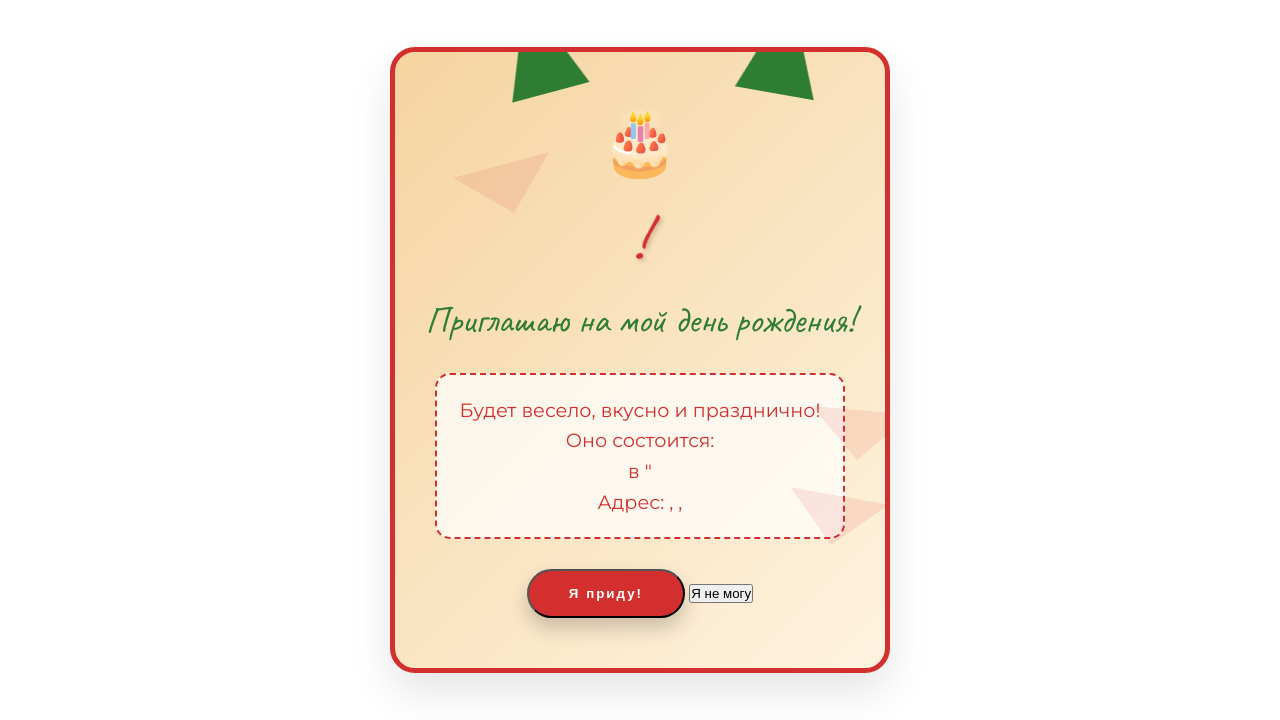
Repository: ll9llall9ll/users-management
Page: templates/6.html
An editor plug-in stored every save of this project. The page is shown before and after the next save, followed by the edit.
The browser window is 1280 px wide. The pictures show the whole page.
The template is drawn by Flask 3. The application's start-up code is not run. Other server files are loaded and not shown. The template is opened directly, without the code that normally fills it, so the values that code supplies are empty.

Above is the page before, as saved 2025-03-04 20:07:22.

### templates/6.html
<!DOCTYPE html>
<html lang="ru">
<head>
    <meta charset="UTF-8">
    <meta name="viewport" content="width=device-width, initial-scale=1.0">
    <title>День Рождения в Пиццерии!</title>
    <link href="https://fonts.googleapis.com/css2?family=Caveat:wght@400;700&family=Montserrat:wght@400;700&display=swap" rel="stylesheet">
    <style>
        :root {
            --color-tomato-red: #D32F2F;
            --color-pizza-dough: #F5D4A0;
            --color-basil-green: #2E7D32;
            --color-cheese-yellow: #FFC107;
            --color-background: #FFFFFF;
        }

        * {
            margin: 0;
            padding: 0;
            box-sizing: border-box;
        }

        body {
            font-family: 'Montserrat', sans-serif;
            background-color: var(--color-background);
            display: flex;
            justify-content: center;
            align-items: center;
            min-height: 100vh;
            perspective: 1000px;
            overflow: hidden;
            color: var(--color-tomato-red);
        }

        .invitation-container {
            width: 500px;
            background: linear-gradient(135deg, var(--color-pizza-dough), #FFF3E0);
            border-radius: 25px;
            box-shadow: 0 20px 40px rgba(0,0,0,0.1);
            position: relative;
            overflow: hidden;
            text-align: center;
            padding: 50px 20px;
            border: 5px solid var(--color-tomato-red);
        }

        .pizza-decoration {
            position: absolute;
            width: 100%;
            height: 100%;
            pointer-events: none;
            z-index: 1;
        }

        .pizza-slice {
            position: absolute;
            width: 100px;
            height: 100px;
            background-color: var(--color-tomato-red);
            clip-path: polygon(50% 50%, 0 0, 100% 0);
            opacity: 0.1;
            transform: rotate(var(--rotation));
        }

        .party-props {
            position: absolute;
            top: -50px;
            width: 100%;
            display: flex;
            justify-content: space-around;
            z-index: 10;
        }

        .pizza-hat {
            width: 80px;
            height: 100px;
            background-color: var(--color-basil-green);
            clip-path: polygon(50% 0%, 0% 100%, 100% 100%);
            transform: rotate(var(--rotation));
            animation: hat-bounce 2s infinite alternate;
        }

        @keyframes hat-bounce {
            0% { transform: translateY(0) rotate(var(--rotation)); }
            100% { transform: translateY(-10px) rotate(var(--rotation)); }
        }

        .fireworks {
            position: absolute;
            width: 100%;
            height: 100%;
            pointer-events: none;
        }

        .firework {
            position: absolute;
            width: 10px;
            height: 10px;
            background-color: var(--firework-color);
            border-radius: 50%;
            opacity: 0;
            animation: firework 1.5s ease-out;
        }

        @keyframes firework {
            0% {
                transform: scale(0);
                opacity: 1;
            }
            100% {
                transform: scale(2);
                opacity: 0;
            }
        }

        .pizza-emoji {
            font-size: 4rem;
            margin-bottom: 20px;
        }

        .name-highlight {
            font-family: 'Caveat', cursive;
            font-size: 60px;
            color: var(--color-tomato-red);
            text-shadow: 2px 2px 4px rgba(0,0,0,0.2);
            margin-bottom: 20px;
            animation: name-bounce 1s infinite alternate;
        }

        @keyframes name-bounce {
            0% { transform: scale(1) rotate(-5deg); }
            100% { transform: scale(1.05) rotate(5deg); }
        }

        .invitation-text {
            font-family: 'Caveat', cursive;
            font-size: 37px;
            color: var(--color-basil-green);
            margin-bottom: 30px;
        }

        .event-details {
            background-color: rgba(255,255,255,0.7);
            border-radius: 15px;
            padding: 20px;
            margin: 0 20px 30px;
            font-size: 1.2rem;
            line-height: 1.6;
            border: 2px dashed var(--color-tomato-red);
        }

        .btn-confirm {
            display: inline-block;
            padding: 15px 40px;
            background-color: var(--color-tomato-red);
            color: white;
            text-decoration: none;
            border-radius: 50px;
            font-weight: bold;
            letter-spacing: 2px;
            transition: all 0.3s ease;
            box-shadow: 0 10px 20px rgba(0,0,0,0.2);
        }

        .btn-confirm:hover {
            transform: translateY(-5px);
            box-shadow: 0 15px 30px rgba(0,0,0,0.3);
            background-color: var(--color-basil-green);
        }
    </style>
</head>
<body>
    <div class="invitation-container">
        <div class="pizza-decoration">
            <div class="pizza-slice" style="top: 10%; left: 10%; --rotation: -15deg;"></div>
            <div class="pizza-slice" style="bottom: 20%; right: 5%; --rotation: 10deg;"></div>
            <div class="pizza-slice" style="top: 50%; left: 80%; --rotation: 5deg;"></div>
        </div>

        <div class="party-props">
            <div class="pizza-hat" style="--rotation: -15deg;"></div>
            <div class="pizza-hat" style="--rotation: 10deg;"></div>
        </div>

        <div class="fireworks"></div>

        <div class="pizza-emoji">🎂</div>

        <div class="name-highlight">{{invitation.name}}!</div>

        <div class="invitation-text">
            Приглашаю на мой день рождения!
        </div>

        <div class="event-details">
            <p>Будет весело, вкусно и празднично!</p>
            <p>Оно состоится: {{ event.date }} </p>
            <p>в {{ event.hall_name }}"</p>
            <p>Адрес: {{ event.address_country }} , {{ event.address_city }} , {{ event.address_line }} </p>
        </div>
        <form class="formAC" method="post" action="{{ url_for('invite', h=invitation.hash) }}">
            <button type="submit" name='action' class="btn-confirm"
                onclick="return confirm('Դուք Համոզվա՞ծ եք?')" value="accepted">Я приду!</button>
            <button type="submit" name='action' class="button-no" onclick="return confirm('Դուք Համոզվա՞ծ եք?')"
                value="rejected">Я не могу</button>
        </form>
    </div>

    <script>
        function createFireworks() {
            const fireworksContainer = document.querySelector('.fireworks');

            function createFirework() {
                const firework = document.createElement('div');
                firework.classList.add('firework');

                firework.style.setProperty('--firework-color', `hsl(${Math.random() * 360}, 100%, 50%)`);
                firework.style.left = `${Math.random() * 100}%`;
                firework.style.top = `${Math.random() * 100}%`;
                firework.style.animationDelay = `${Math.random() * 2}s`;

                fireworksContainer.appendChild(firework);

                setTimeout(() => {
                    fireworksContainer.removeChild(firework);
                }, 2000);
            }

            setInterval(createFirework, 500);
        }

        createFireworks();
    </script>
</body>
</html>

After the next save:
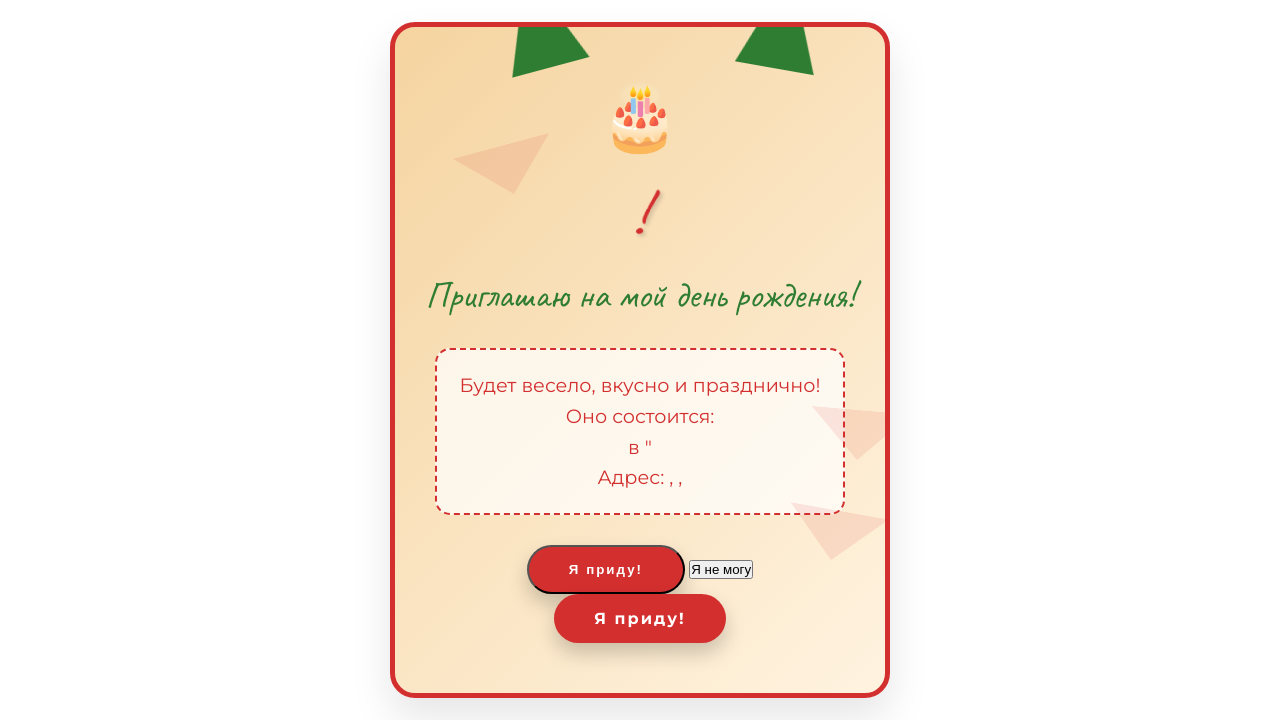
Saved 13 s later.
--- a/templates/6.html
+++ b/templates/6.html
@@ -204,6 +204,7 @@
             <button type="submit" name='action' class="button-no" onclick="return confirm('Դուք Համոզվա՞ծ եք?')"
                 value="rejected">Я не могу</button>
         </form>
+        <a href="#" class="btn-confirm">Я приду!</a>
     </div>
 
     <script>
